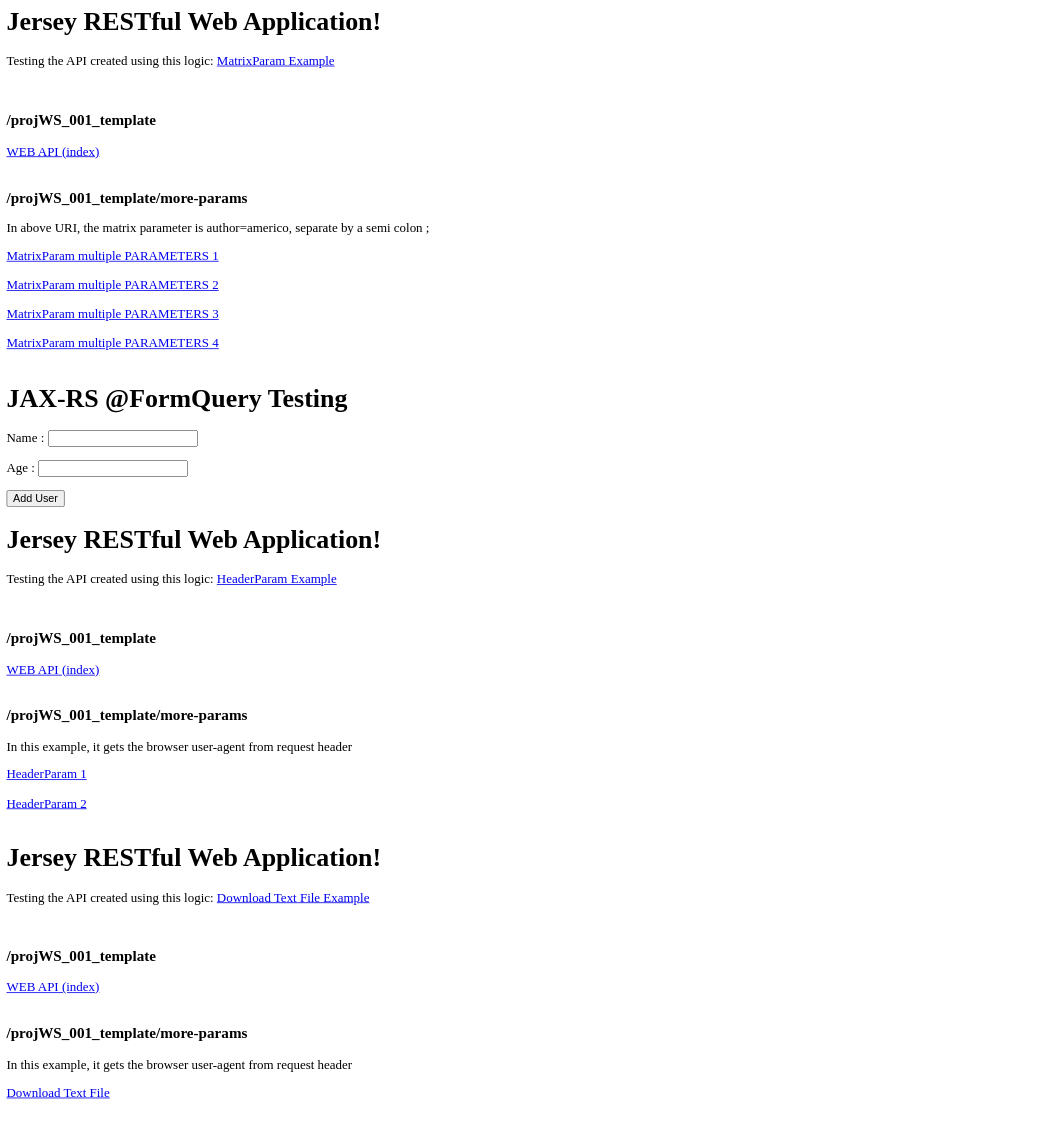
Repository: atafs/BackEnd_JAX-RS_REST_2continue
Page: http://localhost/projWS_001_template/
The author's editor kept a copy of each file at every save. The page is drawn from the files as they stood at one save, then again after the next save.
The browser window is 1280 px wide. The pictures show the whole page, at 81% of full size.
The page is served by Tomcat 9. Other server files are loaded and not shown.

Above is the page before, as saved 2016-05-02 16:59:25.

### projWS_001_template/src/main/webapp/index.jsp
<html>
<body>
	<!-- JAX-RS @MatrixParam example ######################################## -->
    <!-- TITLE -->
	<h1>Jersey RESTful Web Application!</h1>

	<!-- TXT -->
	<p>Testing the API created using this logic:
		<a href="http://www.mkyong.com/webservices/jax-rs/jax-rs-matrixparam-example/">MatrixParam Example</a>
	</p><br/>

	<!-- LINKS -->
	<h3>/projWS_001_template</h3>
	<a href="http://localhost:8085/projWS_001_template/">WEB API (index)</a><br/><br/>

	<h3>/projWS_001_template/more-params</h3>
	<p>In above URI, the matrix parameter is author=americo, separate by a semi colon ;</p>
	<a href="http://localhost:8085/projWS_001_template/americolib/ws/2011/">MatrixParam multiple PARAMETERS 1</a><br/><br/>
	<a href="http://localhost:8085/projWS_001_template/americolib/ws/2011;author=americo">MatrixParam multiple PARAMETERS 2</a><br/><br/>
	<a href="http://localhost:8085/projWS_001_template/americolib/ws/2011;author=tomas;country=portugal">MatrixParam multiple PARAMETERS 3</a><br/><br/>
	<a href="http://localhost:8085/projWS_001_template/americolib/ws/2011;country=malaysia;author=ana">MatrixParam multiple PARAMETERS 4</a><br/><br/>

    <!-- JAX-RS @FormParam example ######################################## -->
    <!-- FORM: binding between html and java classes -->
    <h1>JAX-RS @FormQuery Testing</h1>

	<form action="americolib/ws/add" method="post">
		<p>
			Name : <input type="text" name="name" />
		</p>
		<p>
			Age : <input type="text" name="age" />
		</p>
		<input type="submit" value="Add User" />
	</form>

    <!-- Get HTTP header in JAX-RS ######################################## -->
    <!-- TITLE -->
	<h1>Jersey RESTful Web Application!</h1>

	<!-- TXT -->
	<p>Testing the API created using this logic:
		<a href="http://www.mkyong.com/webservices/jax-rs/get-http-header-in-jax-rs/">HeaderParam  Example</a>
	</p><br/>

	<!-- LINKS -->
	<h3>/projWS_001_template</h3>
	<a href="http://localhost:8085/projWS_001_template/">WEB API (index)</a><br/><br/>

	<h3>/projWS_001_template/more-params</h3>
	<p>In this example, it gets the browser user-agent from request header</p>
	<a href="http://localhost:8085/projWS_001_template/americolib/ws/get1/">HeaderParam 1</a><br/><br/>
	<a href="http://localhost:8085/projWS_001_template/americolib/ws/get2/">HeaderParam 2</a><br/><br/>

  	<!-- Download text file from JAX-RS ######################################## -->
    <!-- TITLE -->
	<h1>Jersey RESTful Web Application!</h1>

	<!-- TXT -->
	<p>Testing the API created using this logic:
		<a href="http://www.mkyong.com/webservices/jax-rs/download-text-file-from-jax-rs/">Download Text File Example</a>
	</p><br/>

	<!-- LINKS -->
	<h3>/projWS_001_template</h3>
	<a href="http://localhost:8085/projWS_001_template/">WEB API (index)</a><br/><br/>

	<h3>/projWS_001_template/more-params</h3>
	<p>In this example, it gets the browser user-agent from request header</p>
	<a href="http://localhost:8085/projWS_001_template/americolib/ws/file/get">Download Text File</a><br/><br/>



</body>
</html>

After the next save:
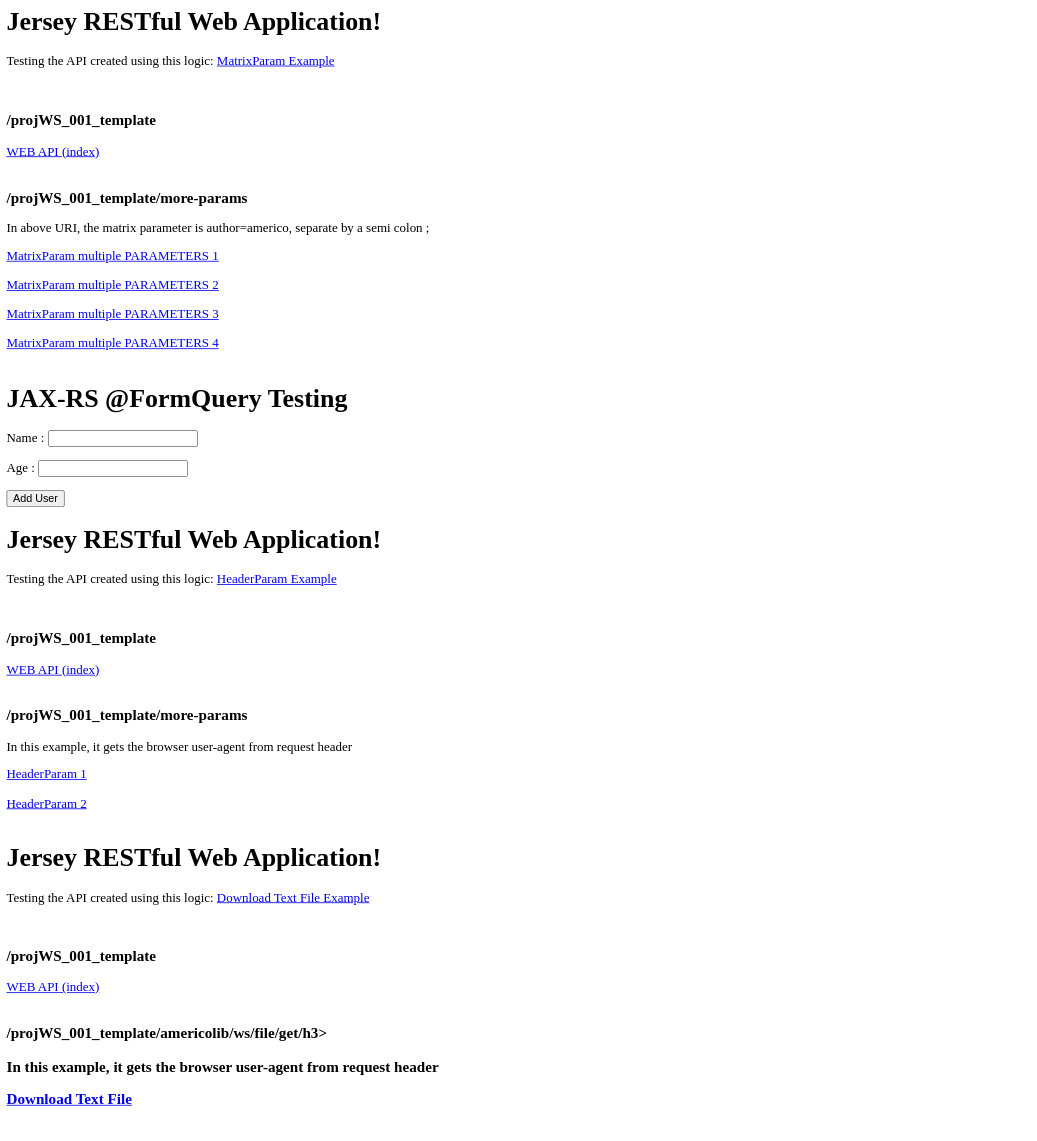
Saved 20 s later.
--- a/projWS_001_template/src/main/webapp/index.jsp
+++ b/projWS_001_template/src/main/webapp/index.jsp
@@ -65,7 +65,7 @@
 	<h3>/projWS_001_template</h3>
 	<a href="http://localhost:8085/projWS_001_template/">WEB API (index)</a><br/><br/>
 
-	<h3>/projWS_001_template/more-params</h3>
+	<h3>/projWS_001_template/americolib/ws/file/get/h3>
 	<p>In this example, it gets the browser user-agent from request header</p>
 	<a href="http://localhost:8085/projWS_001_template/americolib/ws/file/get">Download Text File</a><br/><br/>
 
